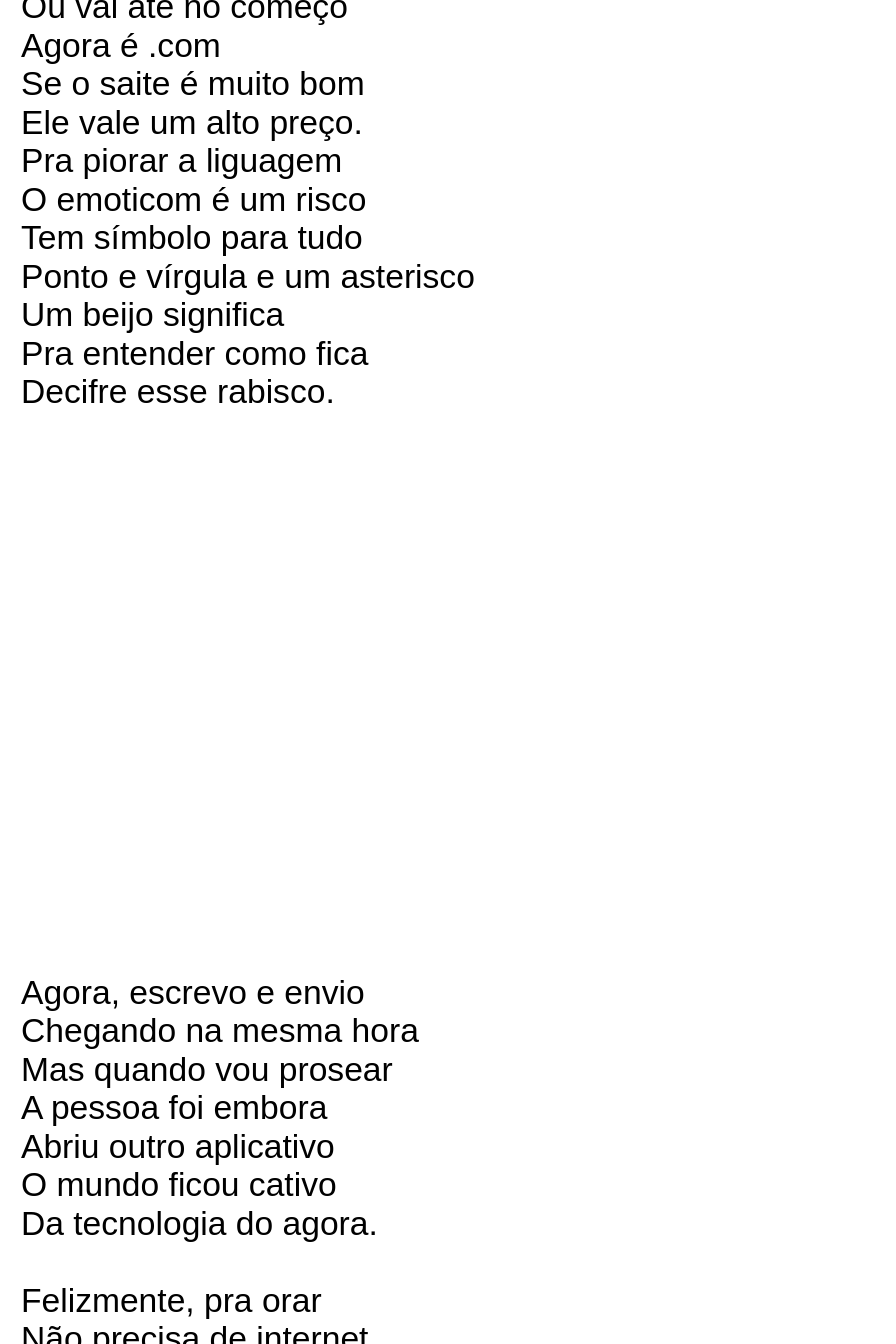
Repository: jorgprado/curso-html-css-Guanabara
Page: exec-pag-cordel/index.html
These files come from the project's save history. The page is drawn as it stood at one moment and after a run of saves; the edit follows.
The browser window is 1280 px wide. The pictures show the part of the page from y = 1673 to 3593 px (the page is 4006 px tall), at 70% of full size.
Some web fonts or font styles are not loaded; a fallback is used.

Above is the page before, as saved 2023-05-18 15:57:26.

### exec-pag-cordel/index.html
<!DOCTYPE html>
<html lang="pt-br">
<head>
    <meta charset="UTF-8">
    <meta http-equiv="X-UA-Compatible" content="IE=edge">
    <meta name="viewport" content="width=device-width, initial-scale=1.0">
    <link rel="stylesheet" href="estilos/style.css">
    <title>Cordel Moderno</title>
</head>
<body>
    <header>
        <h1>Cordel Moderno</h1>
        <p>Por <a href="https://www.recantodasletras.com.br/poesias/3186743" target="_blank">Milton Duarte</a></p>
    </header>
    <main>
        <article>

            <div class="box">
                <p>
                    Estou ficando cansado
                    Da tal tecnologia
                    Só se fala por e-mail
                    Mensagem curta e fria
                    Twitter e Facebook
                    Antes que eu caduque
                    Vou dizer tudo em poesia.
                </p>
            </div>

            <div class="box box-img">
                <p>
                    Não é mais como era antes
                    É tudo abreviado
                    "Você" só tem duas letras
                    O "O" e o "E" foi riscado
                    Para declarar o amor
                    Basta botar uma flor
                    E um coração desenhado.
                </p>
            </div>

            <div class="box">
                <p>
                    Arroba agora não pesa
                    É parte de um endereço
                    Ponto final nem se usa
                    Ou vai até no começo
                    Agora é .com
                    Se o saite é muito bom
                    Ele vale um alto preço.
                    Pra piorar a liguagem
                    O emoticom é um risco
                    Tem símbolo para tudo
                    Ponto e vírgula e um asterisco
                    Um beijo significa
                    Pra entender como fica
                    Decifre esse rabisco.
                </p>
            </div>

            <div class="box box-img1">
                <div class="bg">
                    <p>
                        Tenho saudade das cartas
                        Escritas com a própria mão
                        Mandava no mês de Junho
                        Só chegava no Verão
                        Mas matava a saudade
                        Era texto de verdade
                        Nas linhas do coração.
                    </p>
                </div>
            </div>

            <div class="box">
                <p>
                    Agora, escrevo e envio
                    Chegando na mesma hora
                    Mas quando vou prosear
                    A pessoa foi embora
                    Abriu outro aplicativo
                    O mundo ficou cativo
                    Da tecnologia do agora.

                    Felizmente, pra orar
                    Não precisa de internet
                    Deus escuta todo mundo
                    Se quiser, faça esse teste
                    Dois pontos são dois joelhos
                    Seus lábios são aparelhos
                    Deixe que Deus interprete.
                </p>
            </div>
        </article>
    </main>

</body>
</html>

### exec-pag-cordel/estilos/style.css
@import url('https://fonts.googleapis.com/css2?family=Passion+One:wght@700&family=Sriracha&display=swap');

*{
    padding: 0;
    margin: 0;
    font-size: 1em;
}

a{
    text-decoration: none;
    color: white;
    font-weight: bolder;
}



header{
    color: white;
    background-color: black;
    text-align: center;

}

header h1{
    padding-top: 50px;
    color: white;
    font-family: 'Passion One', sans-serif;
    font-variant: small-caps;
    font-size: 10vw;
}


header p{
    color:white;
    font-family: sans-serif;
    padding-bottom: 50px;
}


main article .box{
    white-space: pre-line;
    padding-left: 30px;
    padding-bottom:100px;

}

main article .box p{
    font-family: 'Sriracha', sans-serif;
    font-size: 3em;
}

main article .box-img{
    background-image: url(../imagens/background001.jpg);
    background-position: fixed;
}

main article  .bg p{
    color:white;
    back
}

After the next 2 saves:
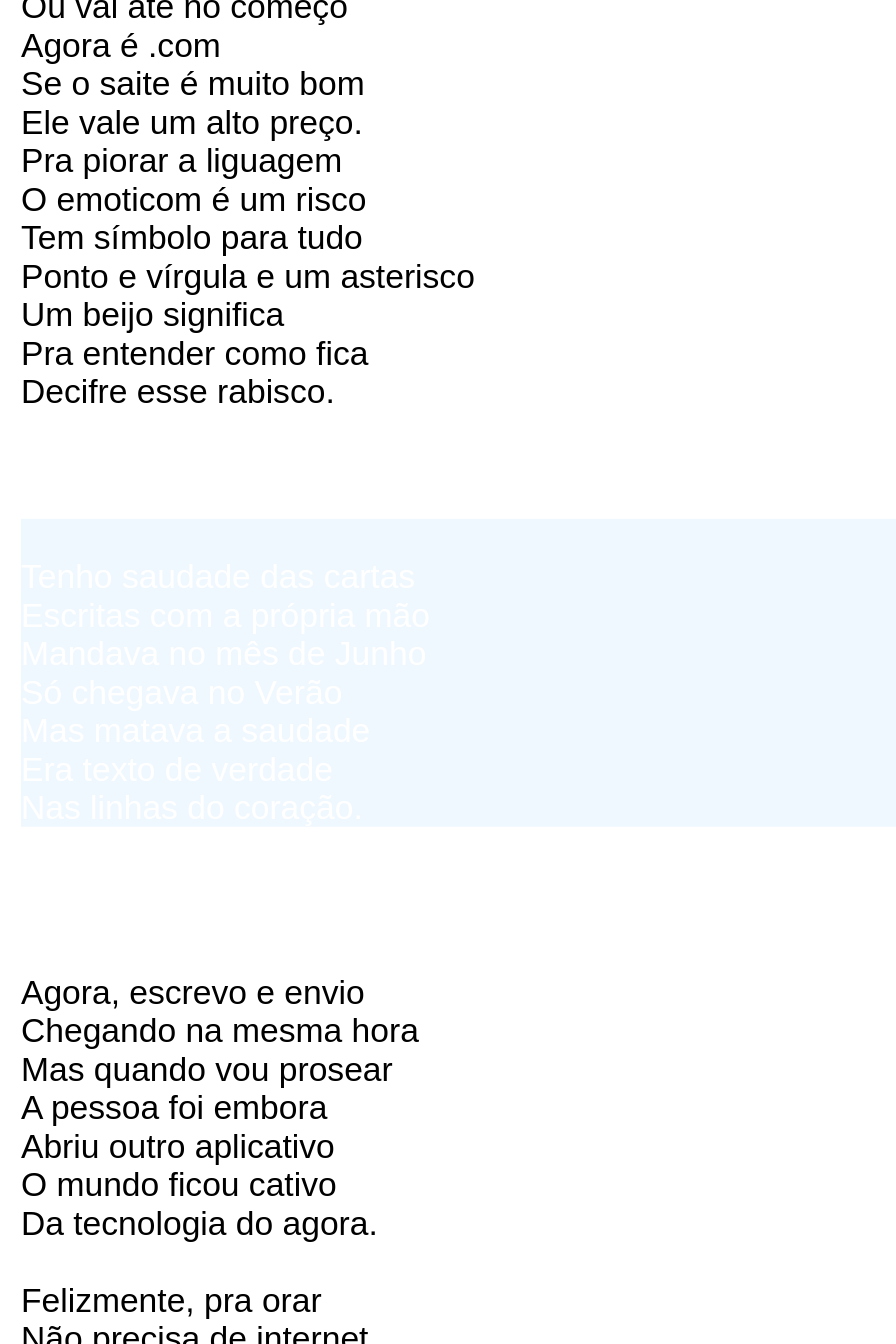
The 2 saves are shown as one change because they came seconds apart.
The last was saved 6 s later.
--- a/exec-pag-cordel/estilos/style.css
+++ b/exec-pag-cordel/estilos/style.css
@@ -56,5 +56,5 @@ main article .box-img{
 
 main article  .bg p{
     color:white;
-    back
+    background-color: aliceblue;
 }
